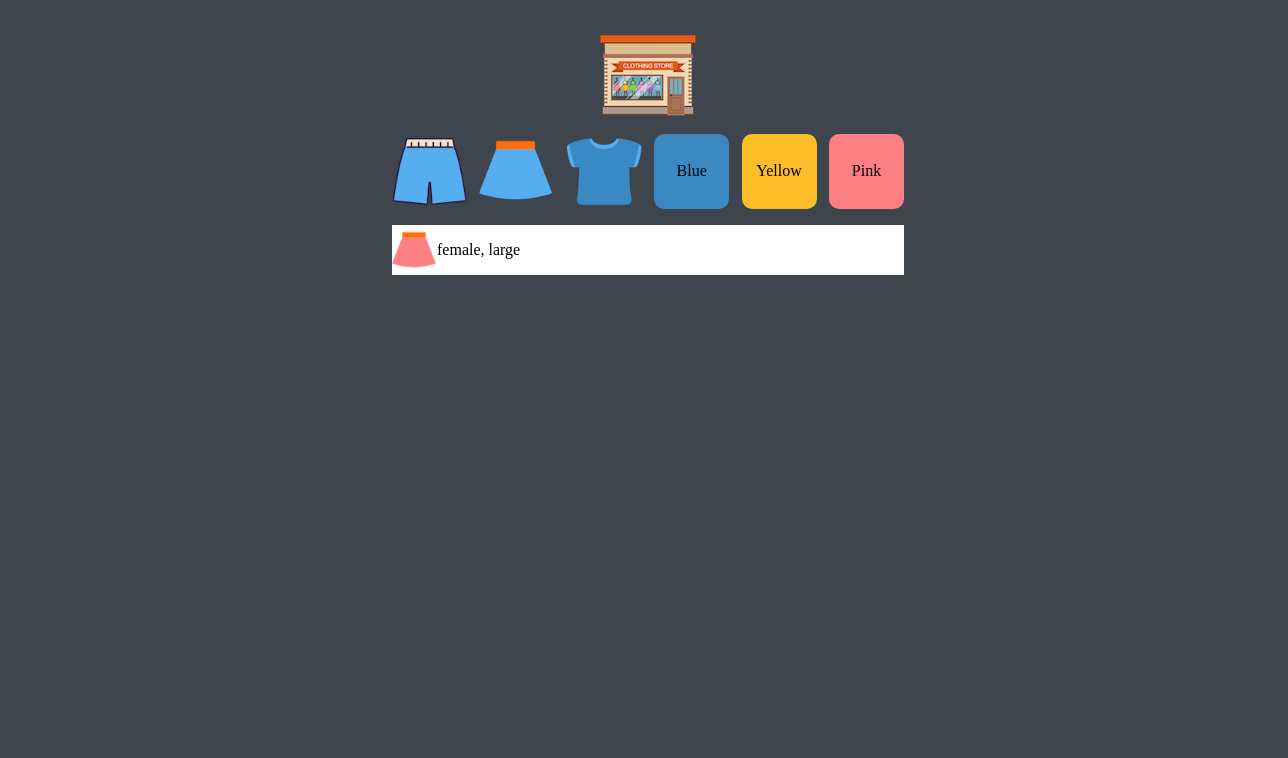
Repository: Jay-JYKim91/elle-shopping-mall
Page: index.html
The author's editor kept a copy of each file at every save. The page is drawn from the files as they stood at one save, then again after a run of saves.
The browser window is 1280 px wide. The page is 1288 px wide, so the pictures cover 1288 px, including what lies to the right of the window. The pictures show the whole page.

Above is the page before, as saved 2021-07-26 19:40:55.

After the next 2 saves:
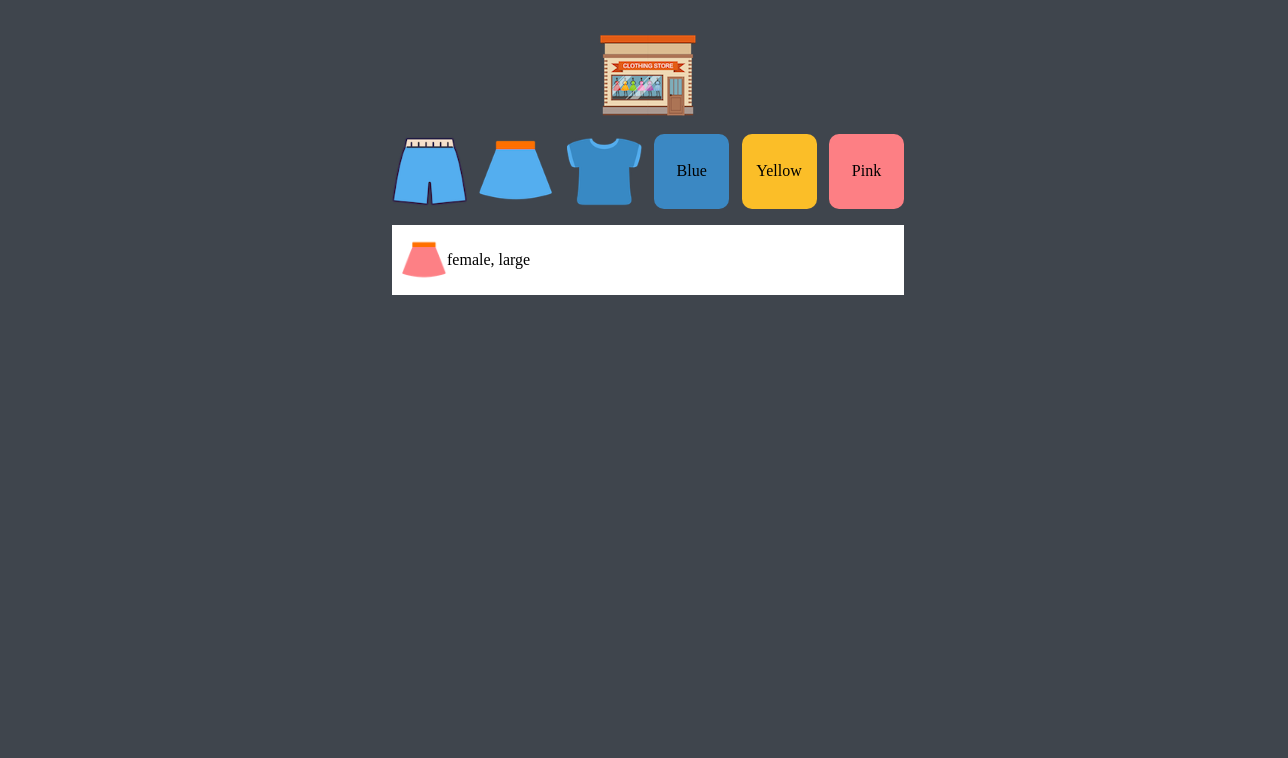
The 2 saves are shown as one change because they came seconds apart.
The last was saved 13 s later.
--- a/style.css
+++ b/style.css
@@ -59,7 +59,7 @@ ul {
 .list {
   background-color: var(--color-white);
   width: 100%;
-  padding: 0;
+  padding: 10px;
   display: flex;
   align-items: center;
 }
